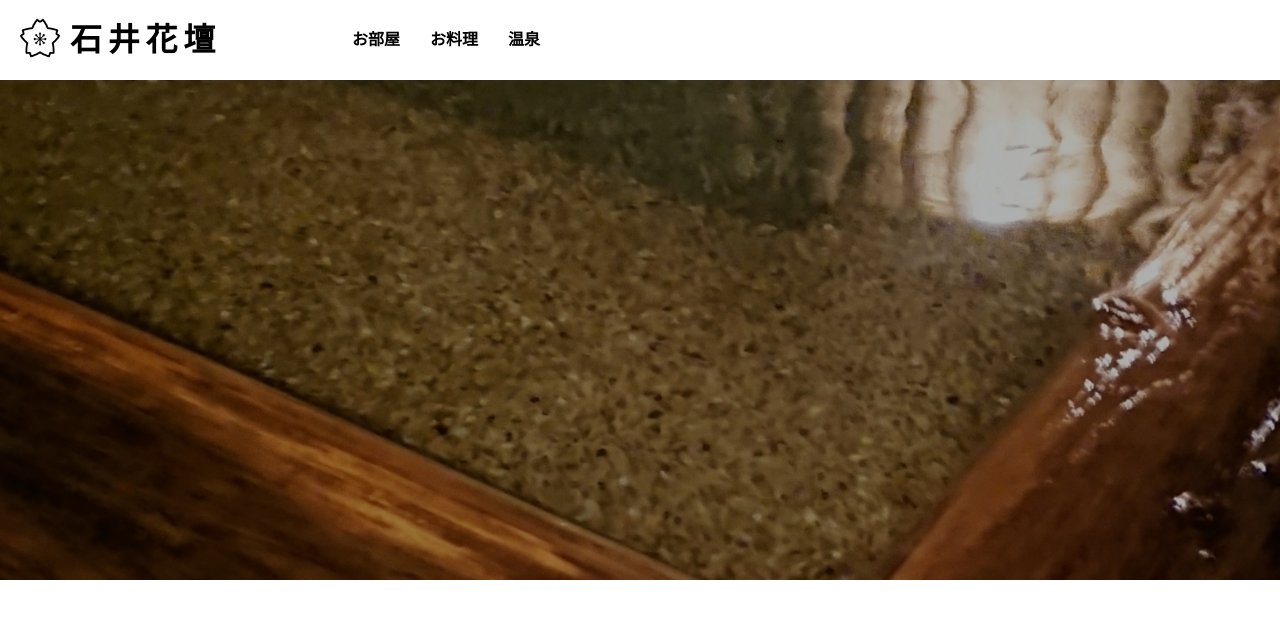
Repository: yuukiyokoyama/compex1
Page: hot-spring.html
The author's editor kept a copy of each file at every save. The page is drawn from the files as they stood at one save, then again after the next save.
The browser window is 1280 px wide. The pictures show the whole page.
The style sheet was rebuilt from its Sass, Less or Tailwind sources for each picture, by a compiler version that may differ from the author's.

Above is the page before, as saved 2021-09-19 23:39:45.

### hot-spring.html
<!DOCTYPE html>
<!-- saved from url=(0037)https://yosipblog.com/hot-spring.html -->
<html lang="ja">
  <head>
    <meta http-equiv="Content-Type" content="text/html; charset=UTF-8" />

    <meta http-equiv="X-UA-Compatible" content="IE=edge" />
    <meta name="viewport" content="width=device-width, initial-scale=1" />
    <!-- Primary Meta Tags -->
    <title>温泉-石井花壇 | 温海温泉旅館【公式サイト】</title>
    <meta name="title" content="石井花壇 | 温海温泉旅館【公式サイト】" />
    <meta
      name="description"
      content="日本古来の素材と現代的表現を併せ持つ温泉旅館、石井花壇。
		伝統的「和」の息づく空間で、至極のひとときをお過ごしください。"
    />

    <!-- Open Graph / Facebook -->
    <meta property="og:type" content="website" />
    <meta property="og:url" content="https://yosipblog.com/" />
    <meta property="og:title" content="石井花壇 | 温海温泉旅館【公式サイト】" />
    <meta
      property="og:description"
      content="日本古来の素材と現代的表現を併せ持つ温泉旅館、石井花壇。
		伝統的「和」の息づく空間で、至極のひとときをお過ごしください。"
    />
    <meta property="og:image" content="https://yosipblog.com/images/ogp.png" />

    <!-- Twitter -->
    <meta property="twitter:card" content="summary_large_image" />
    <meta property="twitter:url" content="https://yosipblog.com/" />
    <meta property="twitter:title" content="石井花壇 | 温海温泉旅館【公式サイト】" />
    <meta
      property="twitter:description"
      content="日本古来の素材と現代的表現を併せ持つ温泉旅館、石井花壇。
		伝統的「和」の息づく空間で、至極のひとときをお過ごしください。"
    />
    <meta property="twitter:image" content="https://yosipblog.com/images/ogp.png" />
    <meta name="keywords" content="温泉,旅行,宿泊,旅館" />
    <link rel="shortcut icon" href="https://yosipblog.com/images/favicon.ico" />
    <link rel="stylesheet" href="/css/style.css" />
    <link href="./温泉-石井花壇 _ 温海温泉旅館【公式サイト】_files/aos.css" rel="stylesheet" />
    <link
      rel="stylesheet"
      href="./温泉-石井花壇 _ 温海温泉旅館【公式サイト】_files/flatpickr.min.css"
    />
    <script src="./温泉-石井花壇 _ 温海温泉旅館【公式サイト】_files/flatpickr.min.js"></script>
    <script src="./温泉-石井花壇 _ 温海温泉旅館【公式サイト】_files/ja.js"></script>
    <script src="./温泉-石井花壇 _ 温海温泉旅館【公式サイト】_files/aos.js"></script>
    <script type="application/ld+json">
      {
        "@context": "https://schema.org",
        "@type": "BreadcrumbList",
        "itemListElement": [
          {
            "@type": "ListItem",
            "position": 1,
            "name": "HOME",
            "item": "https://www.yosipblog.com/index.html"
          },
          {
            "@type": "ListItem",
            "position": 2,
            "name": "お部屋",
            "item": "https://www.yosipblog.com/room.html"
          },
          {
            "@type": "ListItem",
            "position": 2,
            "name": "お料理",
            "item": "https://www.yosipblog.com/cuisine.html"
          },
          {
            "@type": "ListItem",
            "position": 2,
            "name": "温泉",
            "item": "https://www.yosipblog.com/hot-spring.html"
          }
        ]
      }
    </script>
    <meta name="robots" content="noindex" />
  </head>
  <body data-aos-easing="ease" data-aos-duration="400" data-aos-delay="0">
    <div class="lower-fv" style="background-image: url(/images/onsen-header@2x.jpg)">
      <header class="lower-header">
        <div class="header__inner">
          <div class="header__inner--left">
            <h1 class="lower-header__site-title">
              <a href="index.html">石井花壇</a>
            </h1>
            <div class="header__menu">
              <nav>
                <ul class="header__list">
                  <li class="header__list-item">
                    <a href="room.html">お部屋</a>
                  </li>
                  <li class="header__list-item">
                    <a href="cuidine.html">お料理</a>
                  </li>
                  <div class="header__list-item">
                    <a href="#">温泉</a>
                  </div>
                </ul>
              </nav>
            </div>
            <!-- header__menu -->
          </div>
          <!-- header__inner--left -->
          <div class="header__inner--right"></div>
          <!-- header__inner--right -->
        </div>
      </header>
    </div>
  </body>
</html>

### 温泉-石井花壇 _ 温海温泉旅館【公式サイト】_files/ja.js
(function (global, factory) {
  typeof exports === 'object' && typeof module !== 'undefined' ? factory(exports) :
  typeof define === 'function' && define.amd ? define(['exports'], factory) :
  (global = typeof globalThis !== 'undefined' ? globalThis : global || self, factory(global.ja = {}));
}(this, (function (exports) { 'use strict';

  var fp = typeof window !== "undefined" && window.flatpickr !== undefined
      ? window.flatpickr
      : {
          l10ns: {},
      };
  var Japanese = {
      weekdays: {
          shorthand: ["日", "月", "火", "水", "木", "金", "土"],
          longhand: [
              "日曜日",
              "月曜日",
              "火曜日",
              "水曜日",
              "木曜日",
              "金曜日",
              "土曜日",
          ],
      },
      months: {
          shorthand: [
              "1月",
              "2月",
              "3月",
              "4月",
              "5月",
              "6月",
              "7月",
              "8月",
              "9月",
              "10月",
              "11月",
              "12月",
          ],
          longhand: [
              "1月",
              "2月",
              "3月",
              "4月",
              "5月",
              "6月",
              "7月",
              "8月",
              "9月",
              "10月",
              "11月",
              "12月",
          ],
      },
      time_24hr: true,
      rangeSeparator: " から ",
      monthAriaLabel: "月",
      amPM: ["午前", "午後"],
      yearAriaLabel: "年",
      hourAriaLabel: "時間",
      minuteAriaLabel: "分",
  };
  fp.l10ns.ja = Japanese;
  var ja = fp.l10ns;

  exports.Japanese = Japanese;
  exports.default = ja;

  Object.defineProperty(exports, '__esModule', { value: true });

})));

### css/style.scss
@charset "UTF-8";

/*
html5doctor.com Reset Stylesheet
v1.6.1
Last Updated: 2010-09-17
Author: Richard Clark - http://richclarkdesign.com
Twitter: @rich_clark
*/

html, body, div, span, object, iframe, h1, h2, h3, h4, h5, h6, p, blockquote, pre, abbr, address, cite, code, del, dfn, em, img, ins, kbd, q, samp, small, strong, sub, sup, var, b, i, dl, dt, dd, ol, ul, li, fieldset, form, label, legend, table, caption, tbody, tfoot, thead, tr, th, td, article, aside, canvas, details, figcaption, figure, footer, header, hgroup, menu, nav, section, summary, time, mark, audio, video {
  margin: 0;
  padding: 0;
  border: 0;
  outline: 0;
  vertical-align: baseline;
  background: transparent;
}

body {
  line-height: 1.5;
}

article, aside, details, figcaption, figure, footer, header, hgroup, menu, nav, section {
  display: block;
}

nav ul {
  list-style: none;
}

blockquote, q {
  quotes: none;
}

blockquote {
  &:before, &:after {
    content: "";
    content: none;
  }
}

q {
  &:before, &:after {
    content: "";
    content: none;
  }
}

a {
  margin: 0;
  padding: 0;
  vertical-align: baseline;
  background: transparent;
  text-decoration: none;
}

/* change colours to suit your needs */

ins {
  background-color: #ff9;
  color: #000;
  text-decoration: none;
}

/* change colours to suit your needs */

mark {
  background-color: #ff9;
  color: #000;
  font-style: italic;
  font-weight: bold;
}

del {
  text-decoration: line-through;
}

abbr[title], dfn[title] {
  border-bottom: 1px dotted;
  cursor: help;
}

table {
  border-collapse: collapse;
  border-spacing: 0;
}

/* change border colour to suit your needs */

hr {
  display: block;
  height: 1px;
  border: 0;
  border-top: 1px solid #cccccc;
  margin: 1em 0;
  padding: 0;
}

input, select {
  vertical-align: middle;
  -webkit-appearance: none;
  -moz-appearance: none;
  appearance: none;
}

button {
  background-color: transparent;
  border: none;
  cursor: pointer;
  padding: 0;
}

html {
  font-size: 62.5%;
}

body{
  font-family: “Times New Roman”, “游明朝”, “Yu Mincho”, “游明朝体”, “YuMincho”, “ヒラギノ明朝 Pro W3”, “Hiragino Mincho Pro”, “HiraMinProN-W3”, “HGS明朝E”, “ＭＳ Ｐ明朝”, “MS PMincho”, serif;
  color: #000000;
  font-size: 1.6rem;
  color: #000000;
}

img {
  width: 100%;
  vertical-align: bottom;
}

li {
  list-style: none;
}

.section__wrapper {
  max-width: 1180px;
  width: 100%;
  margin: 0 auto;
}

.section__title {
  font-size: 3.6rem;
  text-align: center;
  font-weight: normal;

  &::before {
    content: url(/images/logo02@2x.png);
    display: block;
  }
}

//168
.fv {
  width: 100%;
  height: 100vh;
  overflow: hidden;
  position: relative;
  color: #ffffff;

  a {
    color: #ffffff;
  }
}

.fv__img {
  z-index: -2;
  //opacity: 0;
  width: 100%;
  height: 100vh;
  background-position: center center;
  background-repeat: no-repeat;
  background-size: cover;
  position: absolute;
  left: 0;
  top: 0;
  animation: anime 21s 0s infinite;

  &:nth-of-type(2)  {
    animation-delay: 8s;
  }

  &:nth-of-type(3) {
    animation-delay: 16s;
  }
}

//255
.header {
  position: fixed;
  top: 0;
  left: 0;
  width: 100vw;
  z-index: 100;
  transition: all 0.5s;

  &.change-color {
    background-color: #ffffff;

    a {
      color: #000000;
    }
  }
}

//273
.header__inner {
  height: 80px;
  padding: 0 20px;
  display: flex;
  justify-content: space-between;
  align-items: center;
}

.header__inner--left {
  display: flex;
  width: 520px;
  justify-content: space-between;
  align-items: center;
}

.header__site-title {
  display: flex;
  justify-content: flex-start;
  align-items: center;
  font-size: 3.2rem;
  letter-spacing: 0.18em;

  &::before {
    content: url(/images/logo01.png);
    display: inline-block;
    width: 40px;
    height: 40px;
    margin: 0 10px 5px 0;
  }

  &.change-before::before {
    content: url(/images/logo02@2x.png);
  }
}

//353
.header__menu {
  display: block;
}

.header__list {
  display: flex;
}

.header__list-item {
  font-weight: 700;
  margin-right: 30px;

  &:last-child {
    margin-right: 0;
  }
}

.header__inner--right {
  display: flex;
}

//457
 .burger__btn {
   display: none;
 }

.bar {
  display: block;
  height: 3px;
  width: 30px;
  background-color: #ffffff;
  transition: 0.3s;

  &.change-background-color {
    background-color: #000000;
  }
}

.bar_top, .bar_mid {
  margin-bottom: 7px;
}

.header__reservation {
  color: #ffffff;
  display: flex;
  flex-direction: row;
  justify-content: center;
  align-items: center;
  width: 170px;
  height: 54px;
  background-color: #978F10;
  border: 1px solid #707070;
  cursor: pointer;

  &::before {
    content: url(/images/calender.png);
    display: inline-block;
    margin-right: 8px;
  }
}

//547
.modalArea{
  visibility: hidden;
  opacity: 0;
  position: fixed;
  z-index: 10;
  top: 0;
  left: 0;
  width: 100%;
  height: 100%;
  transition: 0.4s;
  color: #000000;
}

.modalBg {
  width: 100%;
  height: 100%;
  background-color: rgba(30, 30, 30, 0.9);
}

.modalWrapper {
  position: absolute;
  top: 50%;
  left: 50%;
  transform: translate(-50%, -50%);
  width: 60%;
  max-width: 500px;
  padding: 30px 60px 90px;
  background-color: #fff;
}

.closeModal {
  position: absolute;
  top: -0.5rem;
  right: 1.5rem;
  cursor: pointer;
  font-size: 3.8rem;
}

// .is-show {
//   /* モーダル表示用クラス */
//   visibility: visible;
//   opacity: 1;
// }

.modalArea__title {
  font-size: 2rem;
  text-align: center;
  padding-bottom: 30px;
  border-bottom: 1px solid #e7e7e7;
  font-weight: normal;
}

.form__body {
  margin-top: 15px;

  &:first-of-type {
    margin-top: 15px;
  }

  input, select {
    width: 100%;
    box-sizing: border-box;
    padding: 10px;
    border: 1px solid #e7e7e7;
    color: #797878;
  }
}

.form__text {
  margin-top: 10px;
}

.form__submit-btn {
  display: block;
  padding: 13px 67px;
  cursor: pointer;
  background-color: #fff;
  border: 1px solid #707070;
  margin: 64px auto 0px;
}

//655
.copy {
  color: #ffffff;
  writing-mode: vertical-rl;
  text-orientation: upright;
  font-size: 2.8rem;
  position: absolute;
  top: 40vh;
  right: 26.4583%;
  line-height: 3;
  letter-spacing :0.625rem;
}

.preface {
  background-image: url(/images/bg01@2x.png);
  padding: 150px 4vw 75px;
}

.preface__body {
  display: flex;
  flex-direction: row-reverse;
  text-align: left;
}

.preface__title {
  writing-mode: vertical-rl;
  display: inline-block;
  margin-right: 10%;
  font-size: 2.8rem;
  font-weight: normal;
  text-indent: -3em;
  line-height: 2;
  letter-spacing: 0.5em;
}

.preface__text {
  writing-mode: vertical-rl;
  text-orientation: upright;
  display: inline-block;
  margin-right: 10%;
  line-height: 2;
  letter-spacing: 0.4em;
}

.preface__name {
  writing-mode: vertical-rl;
  text-orientation: upright;
  display: inline-block;
  margin-right: 10%;
  font-size: 2.2rem;
  letter-spacing: 0.5em;
  text-align: right;
}

.contents {
  padding: 106px 0 78px;
}

.contents__box {
  display: flex;
  margin-bottom: 122px;

  &:last-child {
    margin-bottom: 0;
  }
}

.contents__img-wrapper {
  width: 54.6875%;
  margin-right: 7.1354%;
}

.contents__body {
  padding-top: 30px;
}

.contents--reverse {
  display: flex;
  flex-direction: row-reverse;
}

.contents__img-wrapper--reverse {
  width: 54.6875%;
}

.contents__body--reverse {
  margin-right: 7.134545%;
}

.contents__title {
  font-size: 3.6rem;
  line-height: 1.7;
  font-weight: 400;
  margin-bottom: 75px;
}

.contents__text {
  line-height: 2;
  margin-bottom: 75px;
}

.contents__btn {
  color: #000000;
  display: block;
  width: 200px;
  max-width: 100%;
  padding: 16px 10px;
  text-align: center;
  box-sizing: border-box;
  border: 1px solid #707070;
}

//910
.lodging-plan {
  background-image: url(/images/bg02.jpg);
  background-size: cover;
  background-repeat: no-repeat;
  padding: 60px 4vw 144px;
}

.lodging-plan__plans {
  display: flex;
  justify-content: space-between;
  margin-top: 60px;
}

.lodging-plans_item {
  width: 28.0508%;
}

.lodging-plan__img-wrapper img {
  height: 209px;
  object-fit: cover;
}

.lodging-plan__body {
  padding-top: 30px;
}

.lodging-plan__title {
  font-size: 2rem;
  font-weight: 400;
}

.lodging-plan__text {
  margin-top: 36px;
  line-height: 2;
}

.news {
  padding: 60px 4vw;
}

.news__head {
  display: flex;
  justify-content: center;
  margin-top: 46px;
}

.news__head-category {
  cursor: pointer;
  color: #000000;

  &:first-of-type {
    margin-right: 51px;
  }

  &.is-active {
    border-bottom: 1px solid #707070;
  }
}

.news__tab-menu {
  //display: none;

  &.is-active {
    display: block;
    animation: fade 1.5s ease;
  }
}

.news__list {
  margin-top: 49px;
  display: flex;
  flex-wrap: wrap;
}

.news__list-item {
  width: 48.305%;
  background-color: #f6f6f6;
  margin-bottom: 20px;
  margin-right: 1.68888%;
}

.news__list-item-wrapper {
  display: flex;
  padding: 15px 10px;
}

.news__img-wrapper {
  max-width: 103px;
  max-height: 200px;
  width: 100%;
  height: 100%;
  margin-right: 30px;

  img {
    height: 100px;
    object-fit: cover;
  }
}

.news__date {
  font-size: 1.4rem;
}

.news__text {
  margin-top: 5px;
  line-height: 2;
  letter-spacing: 0.000001em;
}

.access {
  padding: 60px 4vw 110px;
  background-image: url(/images/bg01@2x.png);
}

.access__wrapper {
  display: flex;
  justify-content: space-between;
  align-items: center;
  margin-top: 80px;
}

.access__img-wrapper {
  max-width: 656px;
  width: 100%;
  margin-right: 7.0338%;
}

.access__body {
  margin-top: 20px;

  &:first-of-type {
    margin-top: 0;
  }
}

.access__title {
  font-weight: 700;
}

.access__text {
  margin-top: 20px;
  line-height: 2;
}

.access__map {
  text-align: center;
  margin-top: 70px;
}

//1222
footer {
  background-image: url(/images/bg3.jpg);
  padding-top: 64px;
}

.page-link {
  text-align: center;
}

.page-link__category {
  writing-mode: vertical-rl;
  display: inline-block;
  vertical-align: top;
  margin-right: 34px;

  &:last-child {
    margin-right: 0;
  }

  a {
    color: #000000;
    display: block;
    letter-spacing: 0.7em;
  }
}

.footer__company {
  margin-top: 96px;
  text-align: center;

  a {
    color: #000000;
  }
}

.footer__company-name {
  font-size: 3.2rem;
  letter-spacing: 0.18em;
  font-weight: 600;

  &::before {
    content: url("/images/logo02@2x.png");
    display: block;
  }
}

.footer__company-address {
  margin-top: 72px;
}

.footer__company--right {
  margin-left: 20px;
}

.footer__company-tel {
  margin-top: 23px;
}

.footer__foot {
  margin-top: 84px;
color: #ffffff;
background-color: #000000;
display: flex;
justify-content: space-around;
line-height: 4.5;
}

//1326
.lower-fv{
  background-size: cover;
  background-position: center center;
  background-repeat: no-repeat;
  height: 580px;
  position: relative;
  color: #ffffff;
  width: 100vw;

  a {
    color: #000000;
  }
}

//1346
.lower-header {
  position: fixed;
  top: 0;
  left: 0;
  width: 100%;
  z-index: 100;
  background-color: #fff;
}

.lower-header__site-title {
  display: flex;
  justify-content: flex-start;
  align-items: center;
  font-size: 3.2rem;
  letter-spacing:0.18em;

  &::before {
    content: url(/images/logo02@2x.png);
    display: inline-block;
    width: 40px;
    height: 40px;
    margin: 0 10px 5px 0;
  }
}

//1386
.lower-copy {
  position: absolute;
  top: 50%;
  left: 50%;
  transform: translate(-50%, -50%);
  font-size: 3.4rem;
  font-weight: 700;
}

///1402
.lower-intro {
  padding: 100px 30px 0;
  text-align: center;
  line-height: 2.5;
}

//1415
.breadcrumb {
  padding-top: 36px;

  a {
    color: #000000;
  }

  ul {
    max-width: 1180px;
    width: 100%;
    display: flex;
    margin: 0 auto;

    li:last-of-type::before {
      content: ">";
      margin: 0 10px;
    }
  }
}

.lower-detail {
  padding: 70px 30px 150px;
}

.lower-detail__media {
  display: flex;
  flex-direction: row;
  align-items: flex-start;
  justify-content: space-between;
  height: 450px;
  margin-bottom: 84px;
  position: relative;

  &:last-of-type {
    margin-bottom: 0;
  }

  &:nth-of-type(even) {
    .media__img-wrapper {
      margin-left: auto;
    }

    .media__body {
      left: 0;
      padding: 60px 19% 20px 4%;
    }
  }
}

//1505
.media__img-wrapper {
  width: 44.4915%;
  height: calc(1180px * 0.445 * 0.57);

  img {
    height: 100%;
    object-fit: cover;
  }
}

.media__body {
  background-image: url(/images/bg.png);
  position: absolute;
  top: 70px;
  right: 0;
  z-index: -1;
  padding: 60px 4% 20px 19%;
  width: 68.9%;
  height: 381px;
  box-sizing: border-box;
}

.media__title {
  font-size: 2.4rem;
  margin-bottom: 52px;
}

.media__text {
  line-height: 2;
  margin-bottom: 52px;
}

.media__notes {
  font-size: 1.4rem;
  padding-left: 5px;
}

//1578
.btn__bg-color {
  background-color: #000000;
}

Loaded but not shown: 温泉-石井花壇 _ 温海温泉旅館【公式サイト】_files/aos.css (library); 温泉-石井花壇 _ 温海温泉旅館【公式サイト】_files/flatpickr.min.css (library); 温泉-石井花壇 _ 温海温泉旅館【公式サイト】_files/flatpickr.min.js (library); 温泉-石井花壇 _ 温海温泉旅館【公式サイト】_files/aos.js (library)

After the next save:
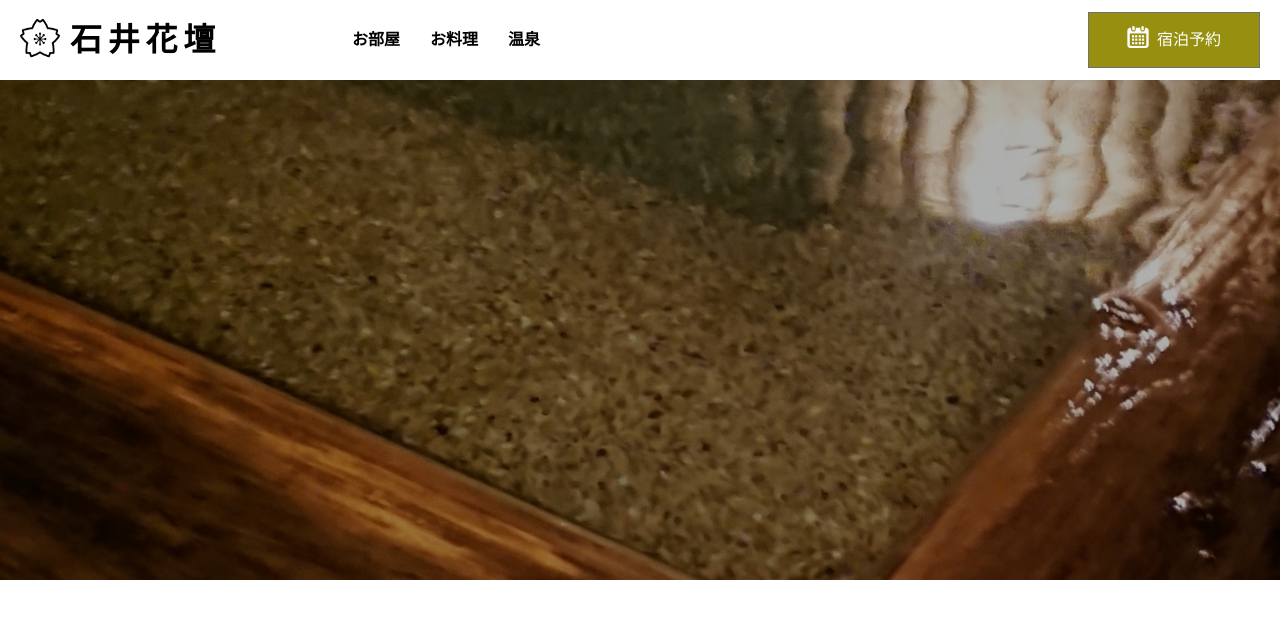
Saved 20 min 11 s later.
--- a/hot-spring.html
+++ b/hot-spring.html
@@ -107,7 +107,10 @@
             <!-- header__menu -->
           </div>
           <!-- header__inner--left -->
-          <div class="header__inner--right"></div>
+          <div class="header__inner--right">
+            <div class="header__reservation">宿泊予約</div>
+            <button class="butger__btn"></button>
+          </div>
           <!-- header__inner--right -->
         </div>
       </header>
